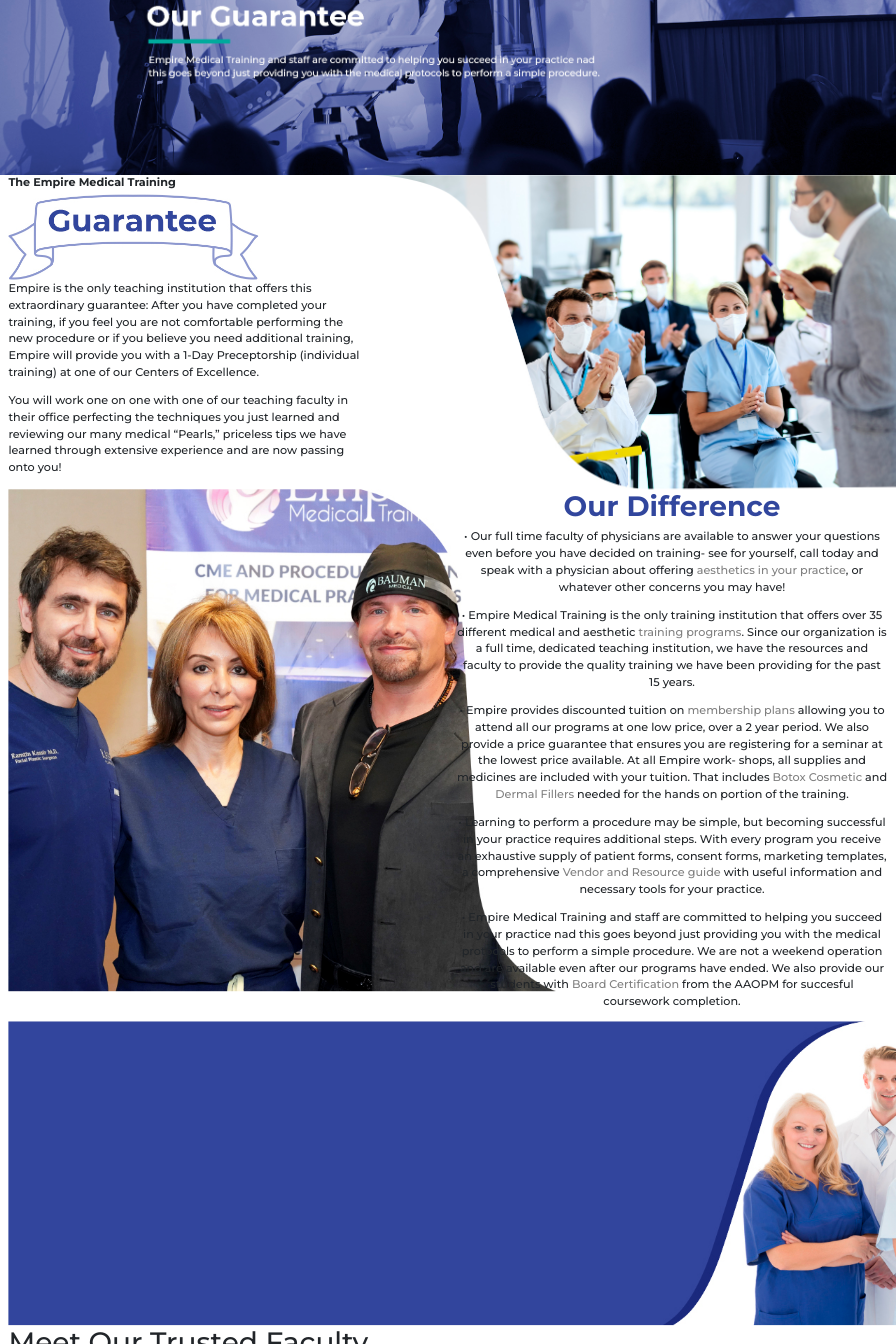
Repository: jorgi710/BODY-CONTOURING-INJECTABLES-AND-ADJUNCT-PROCEDURES
Page: our quarantee/file/src/index.html
The author's editor kept a copy of each file at every save. The page is drawn from the files as they stood at one save, then again after the next save.
The browser window is 1280 px wide. The pictures show the part of the page from y = 310 to 2230 px (the page is 6335 px tall before and 8555 px after), at 70% of full size.

Above is the page before, as saved 2021-04-06 05:34:26.

After the next save:
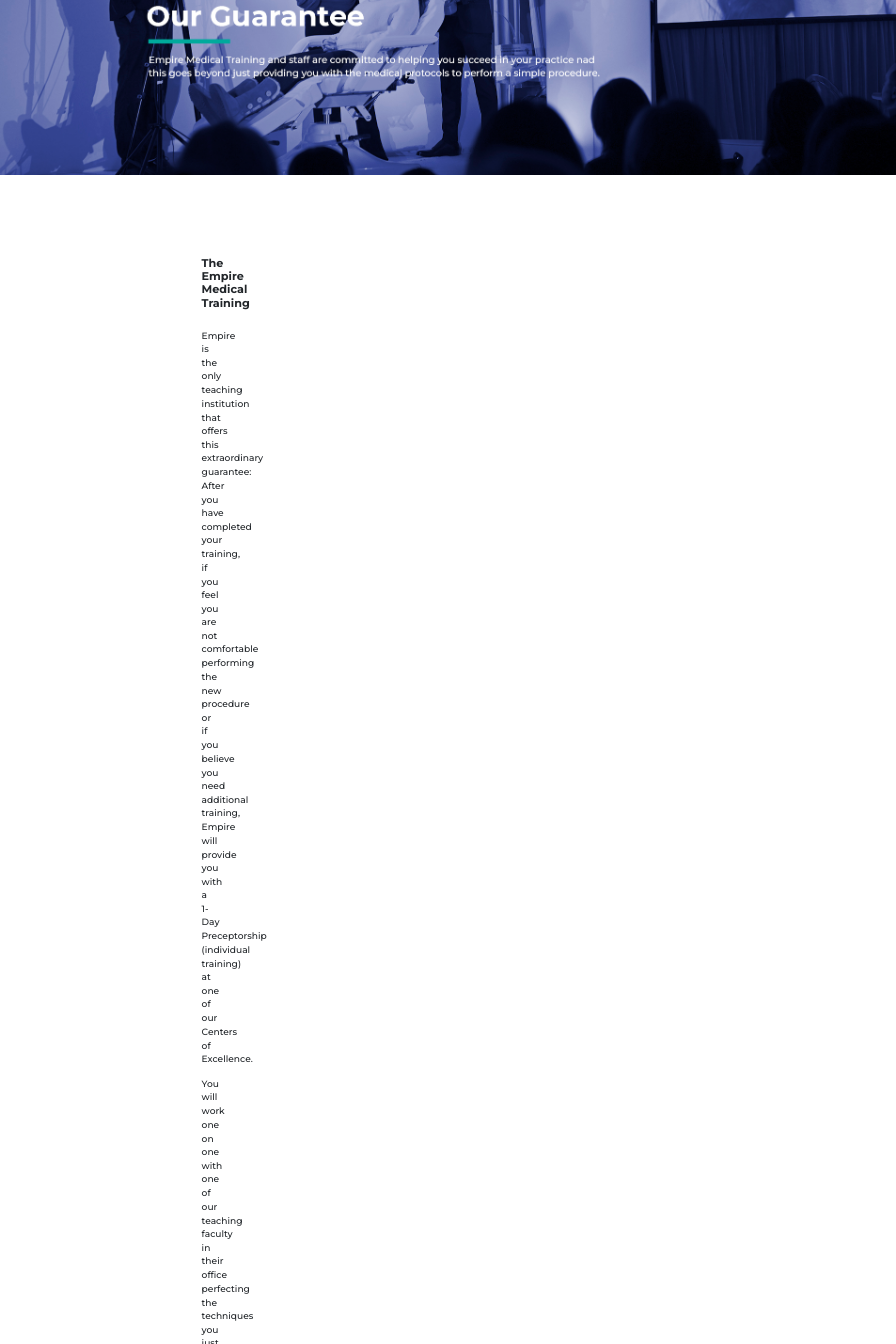
Saved 2 min 0 s later.
--- a/our quarantee/file/css/style.css
+++ b/our quarantee/file/css/style.css
@@ -39,7 +39,7 @@
   color: #000000;
 }
 
-.section_1 .row .col-md-5 .medio {
+.section_1 .row .col-md-5 {
   font-size: small;
   position: center;
   padding: 16vmin 40vmin;

After the save that followed:
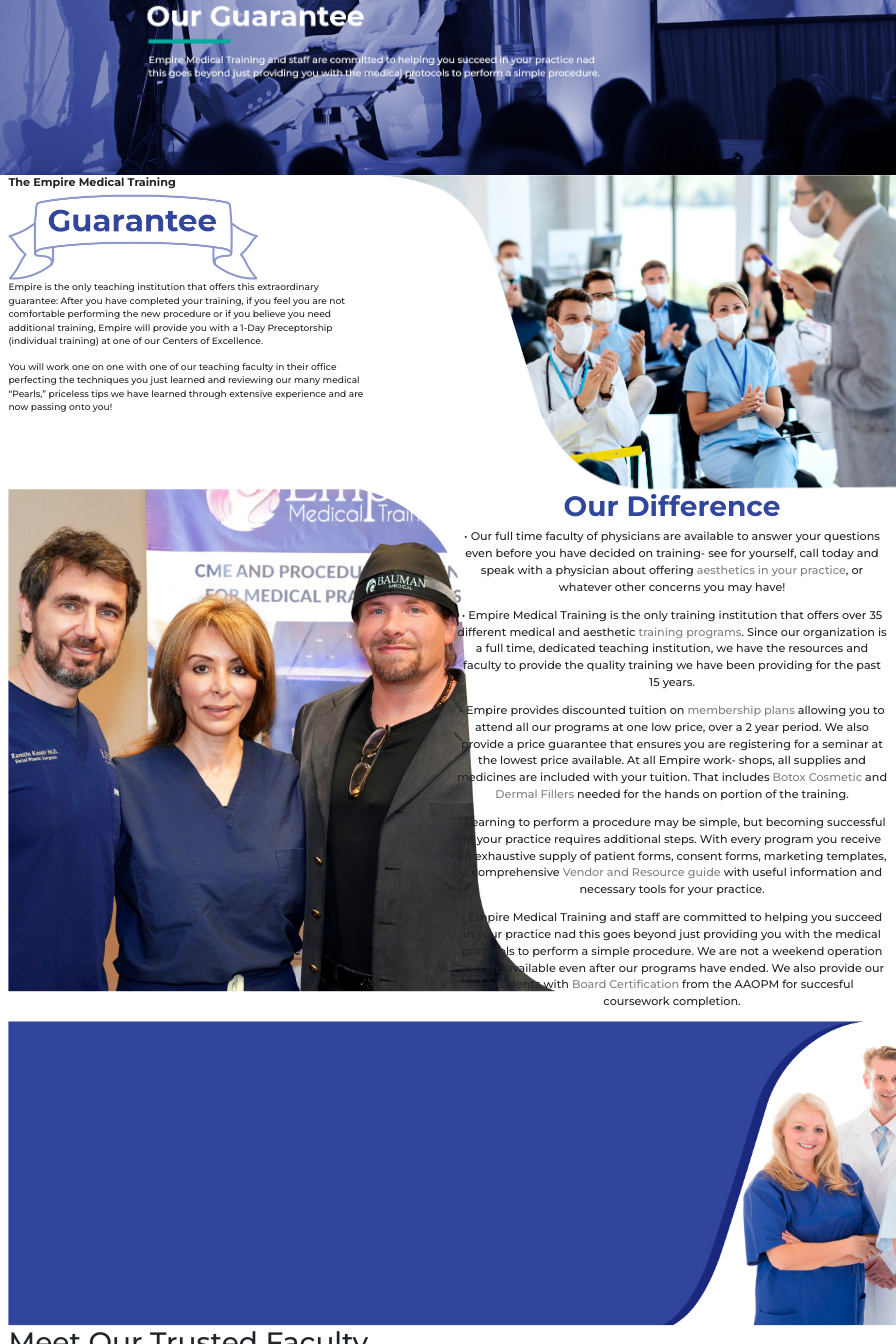
Saved 2 min 19 s later.
--- a/our quarantee/file/css/style.css
+++ b/our quarantee/file/css/style.css
@@ -42,7 +42,6 @@
 .section_1 .row .col-md-5 {
   font-size: small;
   position: center;
-  padding: 16vmin 40vmin;
 }
 .section_1 .row .col-md-5 h1 {
   font-size: medium;
